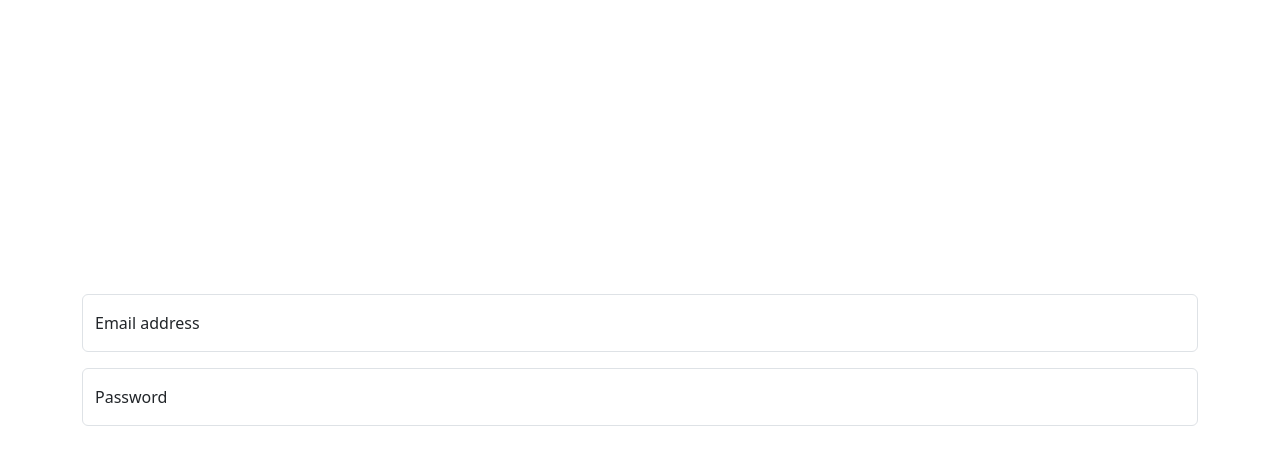
Repository: jaevoy2/lara_demo
Page: http://localhost/
The author's editor kept a copy of each file at every save. The page is drawn from the files as they stood at one save, then again after the next save.
The browser window is 1280 px wide. The pictures show the whole page.
The page is served by the project's Laravel application, run on PHP 8.4 with Laravel 12.

Above is the page before, as saved 2026-07-06 22:49:05.

After the next save:
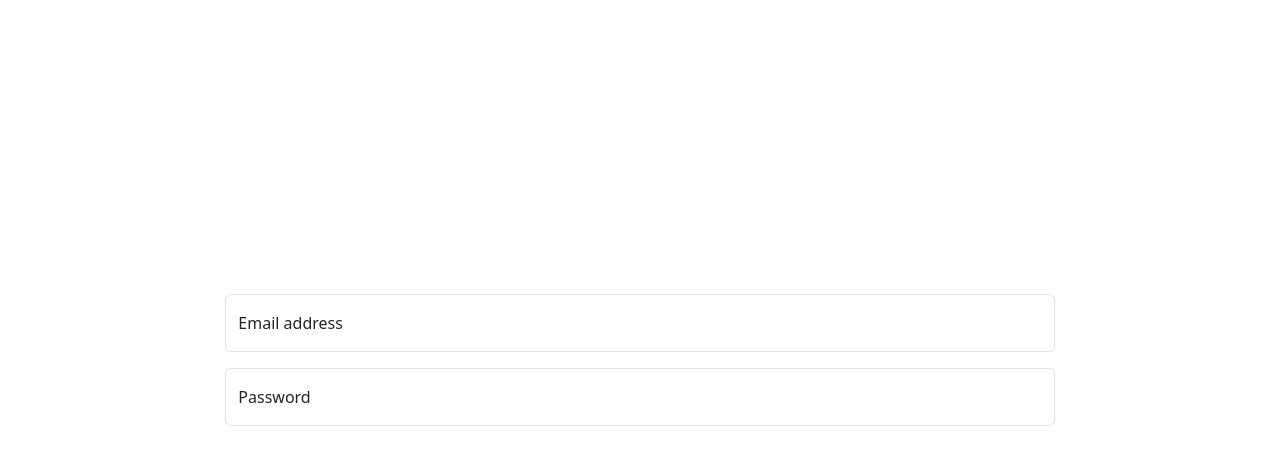
Saved 8 s later.
--- a/resources/views/login.blade.php
+++ b/resources/views/login.blade.php
@@ -2,7 +2,7 @@
 
 @section('content')
 
-    <div class="container d-flex flex-column justify-content-center vh-100">
+    <div class="container d-flex flex-column justify-content-center vh-100 col-8">
         <div class="form-floating mb-3">
             <input type="email" class="form-control" id="floatingInput" placeholder="name@example.com">
                 <label for="floatingInput">Email address</label>
